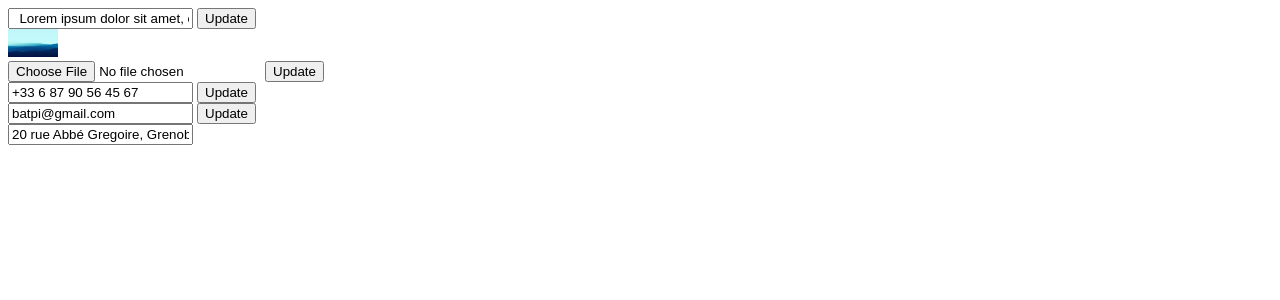
Repository: Yoon-Dev/ProjetS4
Page: http://localhost/backoffice/admin/index.php
The author's editor kept a record of every edit. The page is drawn from the files as they stood at one moment, then again after the next edit.
The browser window is 1280 px wide. The pictures show the whole page.
The page is run by PHP 8.4 with error messages shown; the project is at /var/www/html/. The session is filled in as if someone had signed in: {"acces": true}. Other server files are loaded and not shown. The database holds what the project's SQL file puts in it.

Above is the page before.

### backoffice/admin/index.php
<?php
session_start();
require "../../utils/checkAcces.php";
require '../../utils/conn.php';
checkAcces("../");
chargerclass("../../class/", "Manager");
chargerclass("../../class/", "Page");
$manager = new Manager($conn);
$page = $manager->getPageModel();
?>
<!DOCTYPE html>
<html lang="en">
<head>
    <meta charset="UTF-8">
    <meta name="viewport" content="width=device-width, initial-scale=1.0">
    <meta http-equiv="X-UA-Compatible" content="ie=edge">
    <title>Identification</title>
</head>
<body>

    <input type="textarea" id="presentation" name="presentation" data-bdd="page" value="<?php echo $page->presentation();?>"/>
    <button class="btn-update" data-input="#presentation">Update</button>
    <br>
    <img src="<?php echo '../../'.$page->img1();?>" style="width:50px;"/><br>
    <input type="file" id="img1" name="img1" data-bdd="page" value="<?php echo $page->img1();?>"/>
    <button class="btn-update" data-input="#img1">Update</button>
    <br>
    <input type="text" id="numero" name="numero" data-bdd="page" value="<?php echo $page->numero();?>"/>
    <button class="btn-update" data-input="#numero">Update</button>
    <br>
    <input type="text" name="email" data-bdd="email" value="<?php echo $page->email();?>"/>
    <button class="btn-update" data-input="#email">Update</button>
    <br>
    <input type="text" name="adresse" data-bdd="page" value="<?php echo $page->adresse();?>"/><br>

</body>
</html>

### utils/checkAcces.php
<?php

function checkAcces(string $redirect)
{

   if(!$_SESSION['acces']){
        header("Location: ".$redirect);
        exit();
        echo "acces denied";
    }

}

### utils/conn.php
<?php
// connect to bdd
// $conn = new PDO('mysql:host=localhost;dbname=s4;charset=utf8', 'admin', 'pass');
$conn = new PDO('mysql:host=localhost;dbname=s4;charset=utf8', 'admin', 'pass');
$conn->setAttribute(PDO::ATTR_ERRMODE, PDO::ERRMODE_WARNING); // On émet une alerte à chaque fois qu'une requête a échoué

function chargerclass($dossier, $classname){
    require $dossier.$classname.".php";
}

### class/Manager.php
<?php
class Manager{
// ++++++++++++++++++++++++++++++++++++++++++++++++++++++++++++++++++++++++++++++++++++
    // caratéristique
// ++++++++++++++++++++++++++++++++++++++++++++++++++++++++++++++++++++++++++++++++++++
    protected $_conn;
// °°°°°°°°°°°°°°°°°°°°°°°°°°°°°°°°°°°°°°°°°°°°°°°°°°°°°°°°°°°°°°°°°°°°°°°°°°°°°°°°°°°°
    // CONSTRUCT
// °°°°°°°°°°°°°°°°°°°°°°°°°°°°°°°°°°°°°°°°°°°°°°°°°°°°°°°°°°°°°°°°°°°°°°°°°°°°°°°°°°°°
    public function __construct($conn){$this->setDb($conn);}
// ++++++++++++++++++++++++++++++++++++++++++++++++++++++++++++++++++++++++++++++++++++
// fonctionnalité
// ++++++++++++++++++++++++++++++++++++++++++++++++++++++++++++++++++++++++++++++++++++
// °°°°°°°°°°°°°°°°°°°°°°°°°°°°°°°°°°°°°°°°°°°°°°°°°°°°°°°°°°°°°°°°°°°°°°°°°°°°°°°°°°°°°°°°°°°°°°°°
    public function getAdminPassword(string $username, string $pass)
    {
    $res = null;
    // get the admin password for admin identification
        if(!empty($username)){
            $q = $this->_conn->prepare('SELECT password FROM Admin WHERE username = :username');
            $q->execute(['username' => $username]);
            while ($donnees = $q->fetch(PDO::FETCH_ASSOC))
            {
                if (password_verify($pass, $donnees['password'])) {
                   $res = "succes";
                }else{
                    $res = "error";
                }
            }
            if(empty($res)){
                $res = "error";
            }
        }else{
            $res = "error";
        }
    return json_encode($res);
    }
// °°°°°°°°°°°°°°°°°°°°°°°°°°°°°°°°°°°°°°°°°°°°°°°°°°°°°°°°°°°°°°°°°°°°°°°°°°°°°°°°°°°°°°°°°°°°°°°°
    public function getPageModel()
    {
    $page = null;
    //get the data and create the page model
        $q = $this->_conn->prepare('SELECT * FROM `Page`');
        $q->execute();

        while ($donnees = $q->fetch(PDO::FETCH_ASSOC))
        {

          $page = new Page($donnees);

        }

    return $page;

    }
// °°°°°°°°°°°°°°°°°°°°°°°°°°°°°°°°°°°°°°°°°°°°°°°°°°°°°°°°°°°°°°°°°°°°°°°°°°°°°°°°°°°°°°°°°°°°°°°°
    public function updateSingleRow(string $table, string $type, string $value, int $rownbr)
    {
    $res = null;
    //get the data and create the page model
        $q = $this->_conn->prepare("UPDATE {$table} SET {$type} = :valuee WHERE id = :id");
        $q->bindValue(':id', $rownbr);
        $q->bindValue(':valuee', $value);
        $q->execute();

    return $res;

    }
// °°°°°°°°°°°°°°°°°°°°°°°°°°°°°°°°°°°°°°°°°°°°°°°°°°°°°°°°°°°°°°°°°°°°°°°°°°°°°°°°°°°°°°°°°°°°°°°°
// °°°°°°°°°°°°°°°°°°°°°°°°°°°°°°°°°°°°°°°°°°°°°°°°°°°°°°°°°°°°°°°°°°°°°°°°°°°°°°°°°°°°°°°°°°°°°°°°
    // SETTER
// °°°°°°°°°°°°°°°°°°°°°°°°°°°°°°°°°°°°°°°°°°°°°°°°°°°°°°°°°°°°°°°°°°°°°°°°°°°°°°°°°°°°°°°°°°°°°°°°
    public function setDb(PDO $conn){$this->_conn = $conn;}

// end
}
?>

### class/Page.php
<?php
// Model de donnée à réutiliser sans modération
class Page{
// ++++++++++++++++++++++++++++++++++++++++++++++++++++++++++++++++++++++++++++++++++++
    // caratéristique
// ++++++++++++++++++++++++++++++++++++++++++++++++++++++++++++++++++++++++++++++++++++
    protected   $_presentation,
                $_img1,
                $_numero,
                $_email,
                $_adresse;
// °°°°°°°°°°°°°°°°°°°°°°°°°°°°°°°°°°°°°°°°°°°°°°°°°°°°°°°°°°°°°°°°°°°°°°°°°°°°°°°°°°°°
    // CONSTRUCT
// °°°°°°°°°°°°°°°°°°°°°°°°°°°°°°°°°°°°°°°°°°°°°°°°°°°°°°°°°°°°°°°°°°°°°°°°°°°°°°°°°°°°
    public function __construct(Array $data)
    {
        $this->hydrate($data);
    }
// °°°°°°°°°°°°°°°°°°°°°°°°°°°°°°°°°°°°°°°°°°°°°°°°°°°°°°°°°°°°°°°°°°°°°°°°°°°°°°°°°°°°
    // HYDRATE
// °°°°°°°°°°°°°°°°°°°°°°°°°°°°°°°°°°°°°°°°°°°°°°°°°°°°°°°°°°°°°°°°°°°°°°°°°°°°°°°°°°°°
    public function hydrate(Array $data)
    {
        foreach ($data as $key => $value){
            $method='set'.ucfirst($key);
            if (method_exists($this, $method)){
                $this->$method($value);
            }
        }
    }
// ++++++++++++++++++++++++++++++++++++++++++++++++++++++++++++++++++++++++++++++++++++
    // fonctionnalité
// ++++++++++++++++++++++++++++++++++++++++++++++++++++++++++++++++++++++++++++++++++++
    // code
// °°°°°°°°°°°°°°°°°°°°°°°°°°°°°°°°°°°°°°°°°°°°°°°°°°°°°°°°°°°°°°°°°°°°°°°°°°°°°°°°°°°°
    // GETTER
// °°°°°°°°°°°°°°°°°°°°°°°°°°°°°°°°°°°°°°°°°°°°°°°°°°°°°°°°°°°°°°°°°°°°°°°°°°°°°°°°°°°°
    public function presentation(){return$this->_presentation;}
    public function img1(){return$this->_img1;}
    public function numero(){return$this->_numero;}
    public function email(){return$this->_email;}
    public function adresse(){return$this->_adresse;}
// °°°°°°°°°°°°°°°°°°°°°°°°°°°°°°°°°°°°°°°°°°°°°°°°°°°°°°°°°°°°°°°°°°°°°°°°°°°°°°°°°°°°
    // SETTER
// °°°°°°°°°°°°°°°°°°°°°°°°°°°°°°°°°°°°°°°°°°°°°°°°°°°°°°°°°°°°°°°°°°°°°°°°°°°°°°°°°°°°
    public function setPresentation($presentation){if(!empty($presentation) && is_string($presentation)){$this->_presentation = $presentation;}}
    public function setImg1($img1){if(!empty($img1) && is_string($img1)){$this->_img1 = $img1;}}
    public function setNumero($numero){if(!empty($numero) && is_string($numero)){$this->_numero = $numero;}}
    public function setEmail($email){if(!empty($email) && is_string($email)){$this->_email = $email;}}
    public function setAdresse($adresse){if(!empty($adresse) && is_string($adresse)){$this->_adresse = $adresse;}}
// °°°°°°°°°°°°°°°°°°°°°°°°°°°°°°°°°°°°°°°°°°°°°°°°°°°°°°°°°°°°°°°°°°°°°°°°°°°°°°°°°°°°
// fin CLASSE
}
?>

### s4.sql (the tables this page reads)
CREATE TABLE `Page` (
  `presentation` varchar(4096) CHARACTER SET utf8 NOT NULL,
  `img1` varchar(4096) NOT NULL,
  `numero` varchar(255) NOT NULL,
  `email` varchar(255) NOT NULL,
  `adresse` varchar(255) NOT NULL
) ENGINE=InnoDB DEFAULT CHARSET=latin1;

INSERT INTO `Page` VALUES ('  Lorem ipsum dolor sit amet, consectetur adipiscing elit. Maecenas semper egestas orci, eget feugiat ipsum porta sodales. Nulla ultrices at metus et eleifend. Duis molestie condimentum metus at faucibus. Nullam scelerisque lectus quis augue dignissim, vitae mollis nibh dictum. Aliquam faucibus nibh nec aliquet lobortis. Fusce eleifend dictum turpis molestie sodales. Suspendisse eget nibh egestas, varius libero hendrerit, finibus dolor. Quisque cursus risus a est sagittis pellentesque. Nunc nec tortor et lectus vestibulum pretium nec vel massa. Ut faucibus dapibus sapien, eget porta diam finibus non. Aenean eu orci nec augue laoreet scelerisque vitae quis nulla. Sed fringilla ipsum sem, sed scelerisque ligula eleifend et. Nullam nec dolor tellus. Orci varius natoque penatibus et magnis dis parturient montes, nascetur ridiculus mus. Vivamus porta ante lacus, et finibus nibh imperdiet a. Duis posuere, neque nec tempor elementum, lacus leo accumsan neque, ut elementum ex ex in nisi.  Fusce ornare varius nisi ut lacinia. Sed vitae ornare tortor, vel aliquam est. Donec eu lorem ultrices sapien blandit scelerisque eget id mauris. Curabitur auctor egestas metus, sit amet rutrum risus rhoncus vitae. Vivamus porttitor, lorem at cursus tincidunt, felis felis blandit turpis, sit amet rhoncus dolor nisi et dolor. Interdum et malesuada fames ac ante ipsum primis in faucibus. Ut sodales tempus nulla id tincidunt. Aliquam nisi massa, egestas quis erat sed, fermentum vulputate tellus. Vestibulum facilisis odio odio, at consequat ligula aliquet in. Maecenas pulvinar felis et consectetur pellentesque. Quisque suscipit quis dui at ullamcorper. Aliquam nulla mi, laoreet sit amet ullamcorper eget, cursus vitae tortor. ','./img/img1.png','+33 6 87 90 56 45 67','batpi@gmail.com','20 rue Abbé Gregoire, Grenoble');

After the next edit:
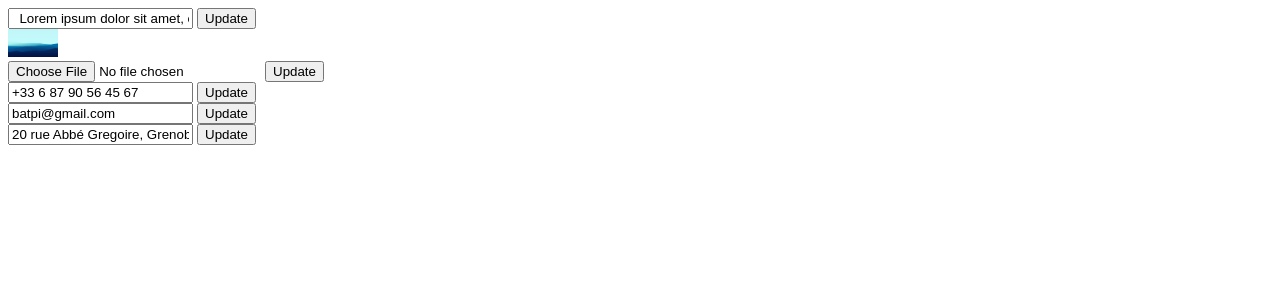
The edit:
--- a/backoffice/admin/index.php
+++ b/backoffice/admin/index.php
@@ -31,7 +31,9 @@
     <input type="text" name="email" data-bdd="email" value="<?php echo $page->email();?>"/>
     <button class="btn-update" data-input="#email">Update</button>
     <br>
-    <input type="text" name="adresse" data-bdd="page" value="<?php echo $page->adresse();?>"/><br>
+    <input type="text" name="adresse" data-bdd="page" value="<?php echo $page->adresse();?>"/>
+    <button class="btn-update" data-input="#email">Update</button>
+    <br>
 
 </body>
 </html>
